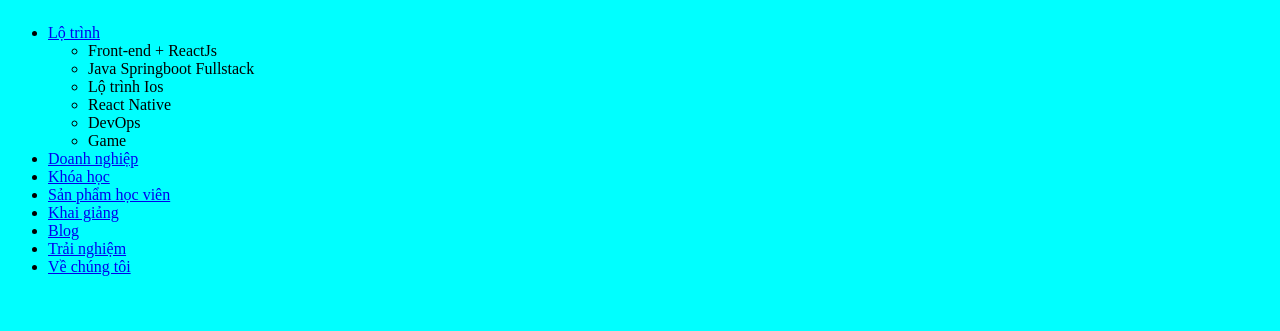
Repository: khanhnahk306/khanhnahk.github.io
Page: flexbox/html/megamenu.html
These files come from the project's save history. The page is drawn as it stood at one moment and after a run of saves; the edit follows.
The browser window is 1280 px wide. The pictures show the whole page.

Above is the page before, as saved 2022-01-28 10:37:39.

### flexbox/html/megamenu.html
<!DOCTYPE html>
<html lang="en">
<head>
    <meta charset="UTF-8">
    <meta http-equiv="X-UA-Compatible" content="IE=edge">
    <meta name="viewport" content="width=device-width, initial-scale=1.0">
    <link rel="stylesheet" href="../css/megamenu.css">
    <title>Menu đa cấp</title>
</head>
<body>
    <!-- <h1>Menu đa cấp</h1> -->
    <div class="megamenu">
        <ul class="nav">
            <li>
                <a href="#">Lộ trình</a>
                <div class="nav-column">
                    <ul>
                        <li>Front-end + ReactJs</li>
                        <li>Java Springboot Fullstack</li>
                        <li>Lộ trình Ios</li>
                        <li>React Native</li>
                        <li>DevOps</li>
                        <li>Game</li>
                    </ul>
                </div>
            </li>
            <li>
                <a href="#">Doanh nghiệp</a>
            </li>
            <li>
                <a href="#">Khóa học</a>
            </li>
            <li>
                <a href="#">Sản phẩm học viên</a>
            </li>
            <li>
                <a href="#">Khai giảng</a>
            </li>
            <li>
                <a href="#">Blog</a>
            </li>
            <li>
                <a href="#">Trải nghiệm</a>
            </li>
            <li>
                <a href="#">Về chúng tôi</a>
            </li>
        </ul>
    </div>
</body>
</html>

### flexbox/css/megamenu.css
*{
    box-sizing: border-box;
}
body{
    background-color: aqua;
}
.megamenu {
    display: flex;
    list-style-type: none;
}

After the next 2 saves:
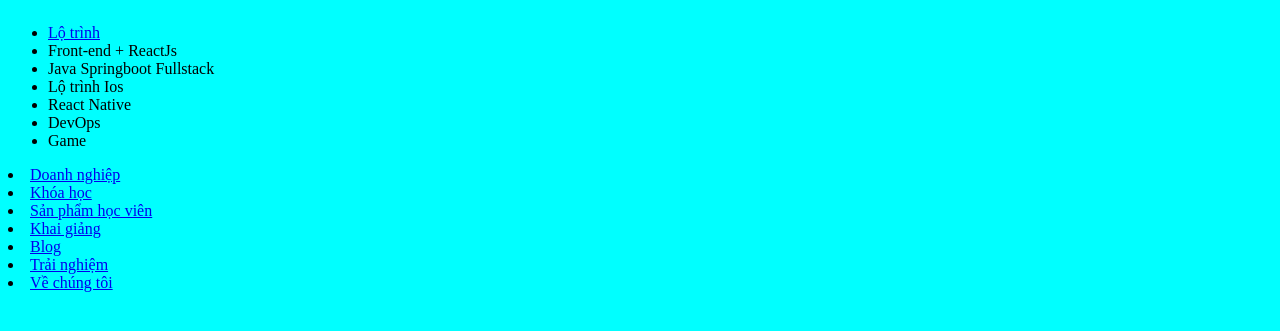
The 2 saves are shown as one change because they came seconds apart.
The last was saved 92 s later.
--- a/flexbox/html/megamenu.html
+++ b/flexbox/html/megamenu.html
@@ -13,8 +13,7 @@
         <ul class="nav">
             <li>
                 <a href="#">Lộ trình</a>
-                <div class="nav-column">
-                    <ul>
+
                         <li>Front-end + ReactJs</li>
                         <li>Java Springboot Fullstack</li>
                         <li>Lộ trình Ios</li>
